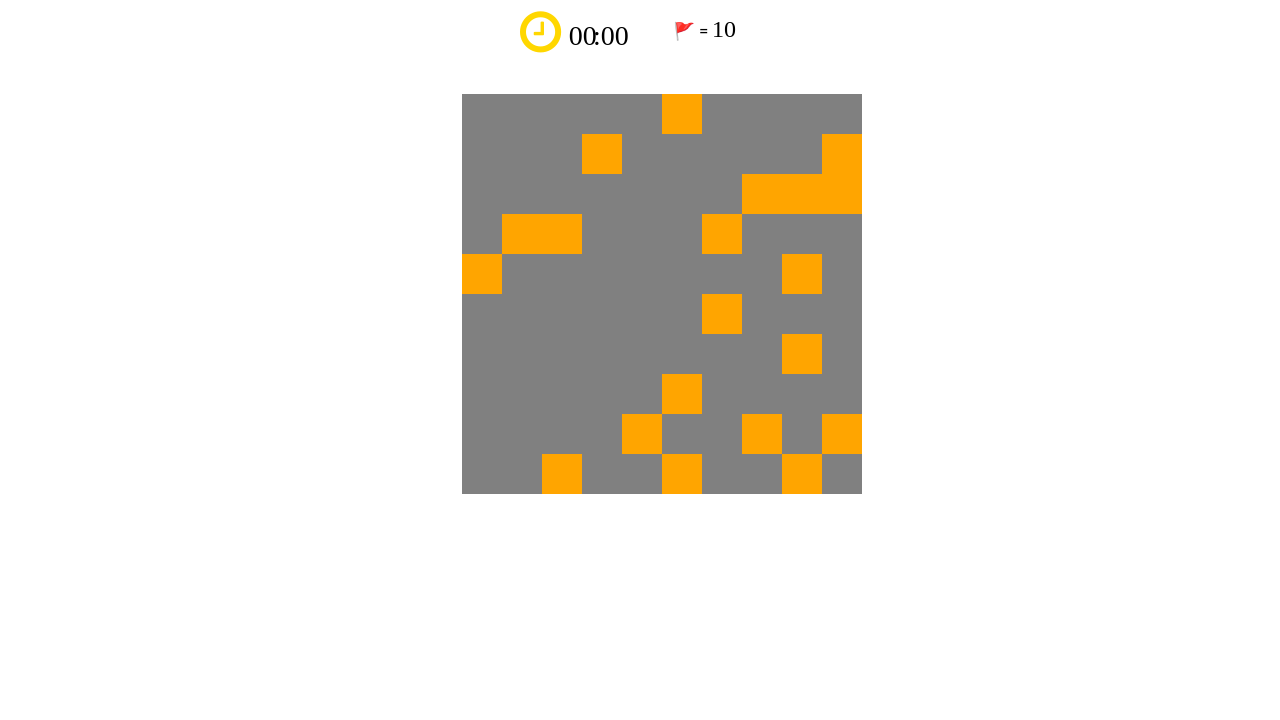
Repository: issaRan/MineSweeper
Page: html/index.html
The author's editor kept a copy of each file at every save. The page is drawn from the files as they stood at one save, then again after the next save.
The browser window is 1280 px wide. The pictures show the whole page.

Above is the page before, as saved 2020-10-23 19:05:35.

### html/index.html
<!DOCTYPE html>
<html lang="en">
<head>
    <meta charset="UTF-8">
    <meta name="viewport" content="width=device-width, initial-scale=1.0">
    <title>MineSweeper</title>
    <link rel="stylesheet" href="../css/styles.css">
    <link rel="stylesheet" href="https://cdnjs.cloudflare.com/ajax/libs/font-awesome/4.7.0/css/font-awesome.min.css">
    <script src="../js/index.js" charset="utf-8"></script>
</head>
<body>
  <div class="flags">🚩 = </div><div class="numOfFlag">10</div>
  <div class="grid"></div>
  <i class="fa fa-clock-o" ></i>
  <label class="minutes all">00</label><label class="all points">:</label><label class="seconds all">00</label>
</body>
</html>

### css/styles.css
.grid {
    height: 400px;
    width: 400px;
    display: flex;
    flex-wrap: wrap;
    background-color: grey;
    position: absolute;
    top: 20%;
    left: 40%;
    margin-top: -50px;
    margin-left: -50px;
}
h1{
    position: absolute;
    text-align: center;
}
.fa.fa-clock-o{
    position: absolute;
    font-size:48px;
    margin-left: 40%;
    color:rgb(255,215,0)
}
.grid div {
    border: 1px red;
    border-color: #f5f3eb;
    box-sizing: border-box;
    height: 40px;
    width: 40px;
}
.numOfFlag{
    position: absolute;
    margin-left: 55%;
    margin-top: 0.6%;
    font-size: 24px;
}
.flags {
    font-size: larger;
    margin-left: 52%;
    margin-top: 11px;
    position: absolute;
    background-color: #ffffff;
    color: #000000;
    font-family: "Roboto", sans-serif;
    font-size: 17px;
    text-align: center;
    line-height: 1.5em;
    display: inline-block;
}
.bomb {
    background-color: orange;
}
.checked{
    background-color: red;
}
.minutes {
    margin-left: 43.8%;
}
.seconds {
    margin-left: 46.3%;
}
.points {
    margin-left: 45.7%;
}
.all{
    position: absolute;
    top: 20px;
    font-size: 28px;
}

### js/index.js
document.addEventListener('DOMContentLoaded',()=>{
    const grid = document.querySelector('.grid')
    let width = 10
    let flag = 10
    let startClicking = false
    let squares = []
    let isGameOver = false
    let bombAamount = 20
    var totalSeconds = 0;
    var myInter = ""
    function createBoard(){
        const bombArray = Array(bombAamount).fill('bomb')
        const emptyArray = Array(width*width - bombAamount).fill('valid')
        const gameArray = emptyArray.concat(bombArray)
        const shuffledArray = gameArray.sort(()=> Math.random() -0.5)
        for(let i = 0; i < width*width;i++){
            const sqaure = document.createElement('div')
            sqaure.setAttribute('id',i)
            sqaure.classList.add(shuffledArray[i])
            grid.appendChild(sqaure)
            squares.push(sqaure)
            sqaure.addEventListener('click',(e)=>{
                click(sqaure)
            })
            sqaure.oncontextmenu = function(e){
                e.preventDefault()
                addFlag(sqaure)
            }
        }
        for (let i = 0; i < squares.length; i++) {
            let total = 0
            const isLeftEdge = (i % width === 0)
            const isRightEdge = (i % width === width -1)

            if (squares[i].classList.contains('valid')) {
              if (i > 0 && !isLeftEdge && squares[i -1].classList.contains('bomb')) total ++
              if (i > 9 && !isRightEdge && squares[i + 1 -width].classList.contains('bomb')) total ++
              if (i > 10 && squares[i -width].classList.contains('bomb')) total ++
              if (i > 11 && !isLeftEdge && squares[i -1 -width].classList.contains('bomb')) total ++
              if (i < 98 && !isRightEdge && squares[i +1].classList.contains('bomb')) total ++
              if (i < 90 && !isLeftEdge && squares[i -1 +width].classList.contains('bomb')) total ++
              if (i < 88 && !isRightEdge && squares[i +1 +width].classList.contains('bomb')) total ++
              if (i < 89 && squares[i +width].classList.contains('bomb')) total ++
              squares[i].setAttribute('data', total)
            }
        }
    }
    createBoard()
    function click(square){
        let currentId = square.id
        if(!startClicking) {
            myInter = setInterval(setCountUpTimer, 1000)
            startClicking = true
        };
        if(isGameOver) return
        if(square.classList.contains('checked') || square.classList.contains('flag')){
            return
        }
        if(square.classList.contains('bomb')){
            gameOver(square)
        }else{
            let total = square.getAttribute('data')
            if(total != 0){
                square.classList.add('checked')
                square.innerHTML = total
                return
            }
            checkSquare(square,currentId)
        }
        square.classList.add('checked')

    }
    function checkSquare(square,currentId){
        const isLeftEdge = (currentId % width === 0)
        const isRightEdge = (currentId % width === width -1)
        setTimeout(()=>{
            if (currentId > 0 && !isLeftEdge) {
                const newId = squares[parseInt(currentId) -1].id
                //const newId = parseInt(currentId) - 1   ....refactor
                const newSquare = document.getElementById(newId)
                click(newSquare)
              }
              if (currentId > 9 && !isRightEdge) {
                const newId = squares[parseInt(currentId) +1 -width].id
                //const newId = parseInt(currentId) +1 -width   ....refactor
                const newSquare = document.getElementById(newId)
                click(newSquare)
              }
              if (currentId > 10) {
                const newId = squares[parseInt(currentId -width)].id
                const newSquare = document.getElementById(newId)
                click(newSquare)
              }
              if (currentId > 11 && !isLeftEdge) {
                const newId = squares[parseInt(currentId) -1 -width].id

                const newSquare = document.getElementById(newId)
                click(newSquare)
              }
              if (currentId < 98 && !isRightEdge) {
                const newId = squares[parseInt(currentId) +1].id
                const newSquare = document.getElementById(newId)
                click(newSquare)
              }
              if (currentId < 90 && !isLeftEdge) {
                const newId = squares[parseInt(currentId) -1 +width].id
                const newSquare = document.getElementById(newId)
                click(newSquare)
              }
              if (currentId < 88 && !isRightEdge) {
                const newId = squares[parseInt(currentId) +1 +width].id
                const newSquare = document.getElementById(newId)
                click(newSquare)
              }
              if (currentId < 89) {
                const newId = squares[parseInt(currentId) +width].id
                const newSquare = document.getElementById(newId)
                click(newSquare)
              }
        },10)
    }
    function gameOver(square){
        isGameOver = true
        squares.forEach(square=> {
            if(square.classList.contains('bomb')){
                square.innerHTML = '💣'
            }
        })
        clearInterval(myInter)
    }
    function addFlag(square){
        if(isGameOver) return
        if(!square.classList.contains('checked') && (flag >= 0)) {
            var c = document.querySelector('.numOfFlag')
            if(!square.classList.contains('flag')){
                square.classList.add('flag')
                square.innerHTML = ' 🚩'
                checkForWin()
                flag--;
                c.textContent = flag
            }else{
                square.classList.remove('flag')
                square.innerHTML = ''
                flag++;
                c.textContent = flag
            }
        }
    }
    function checkForWin(){
        let matches = 0
        for(let i = 0; i < squares.length;i++){
            if(squares[i].classList.contains('flag') && squares[i].classList.contains('bomb')){
                matches++
            }
            if(matches == bombAamount){
                isGameOver = true
                console.log('You Win !')
            }
        }
    }
    function setCountUpTimer(){
        var minutesLabel = document.querySelector('.minutes');
        var secondsLabel = document.querySelector('.seconds');
        ++totalSeconds;
        if(parseInt(totalSeconds / 60) === 1){
            clearInterval(myInter)
        }
        secondsLabel.innerHTML = pad(totalSeconds % 60);
        minutesLabel.innerHTML = pad(parseInt(totalSeconds / 60));
    }
    function pad(val) {
        var valString = val + "";
        if (valString.length < 2) {
          return "0" + valString;
        } else {
          return valString;
        }
      }
    //var counter = setInterval(setCountUpTimer, 1000);
})

After the next save:
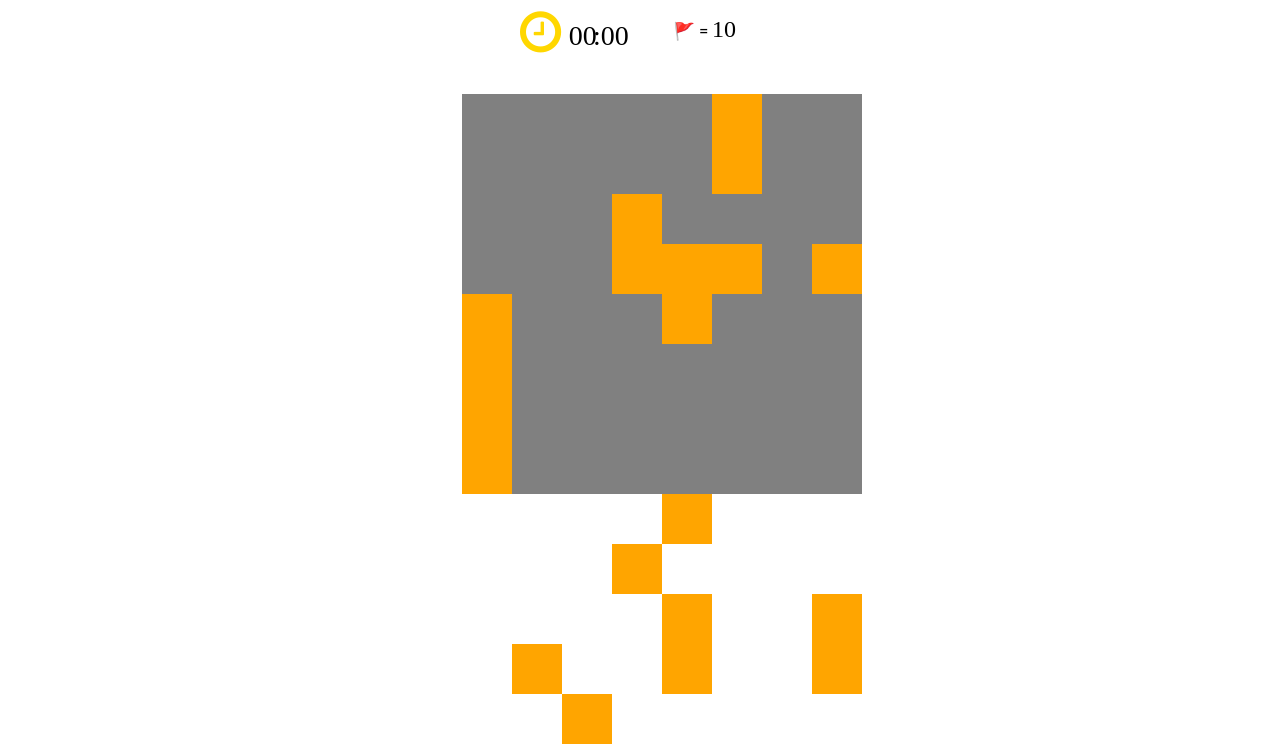
Saved 27 s later.
--- a/css/styles.css
+++ b/css/styles.css
@@ -24,8 +24,8 @@
     border: 1px red;
     border-color: #f5f3eb;
     box-sizing: border-box;
-    height: 40px;
-    width: 40px;
+    height: 50px;
+    width: 50px;
 }
 .numOfFlag{
     position: absolute;

After the save that followed:
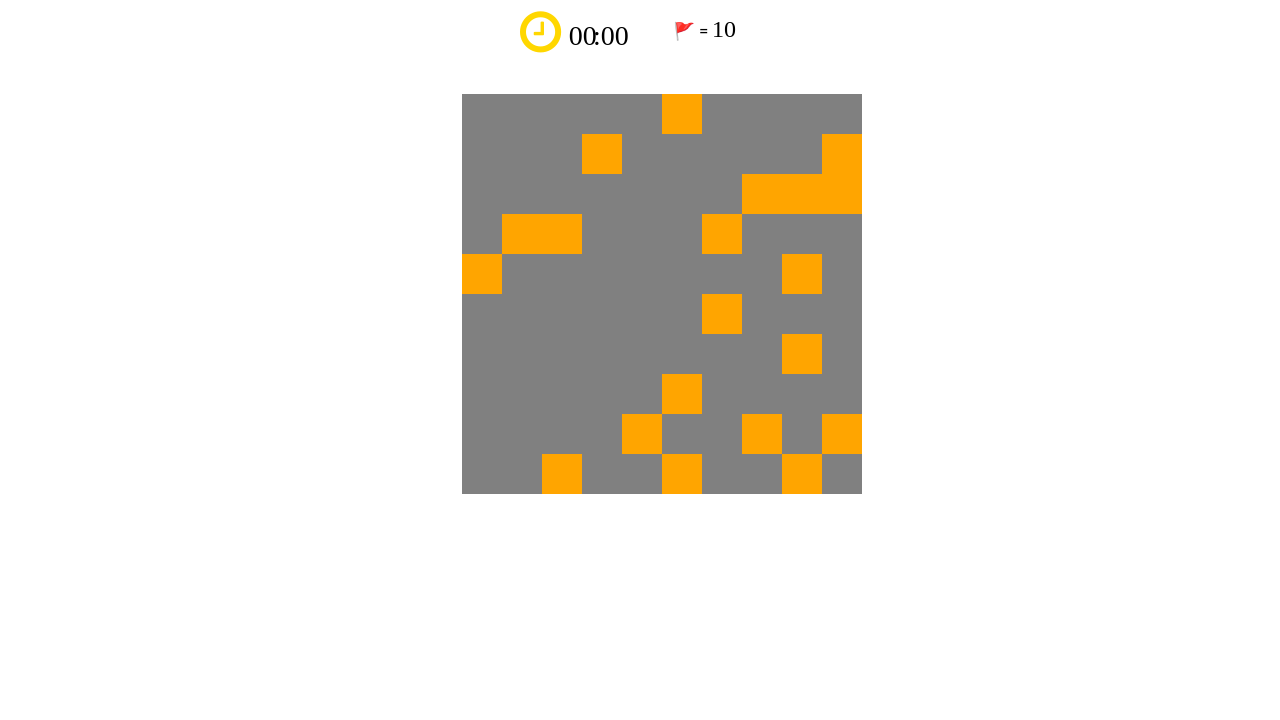
Saved 14 s later.
--- a/css/styles.css
+++ b/css/styles.css
@@ -22,10 +22,10 @@
 }
 .grid div {
     border: 1px red;
-    border-color: #f5f3eb;
+    border-color: red;
     box-sizing: border-box;
-    height: 50px;
-    width: 50px;
+    height: 40px;
+    width: 40px;
 }
 .numOfFlag{
     position: absolute;
